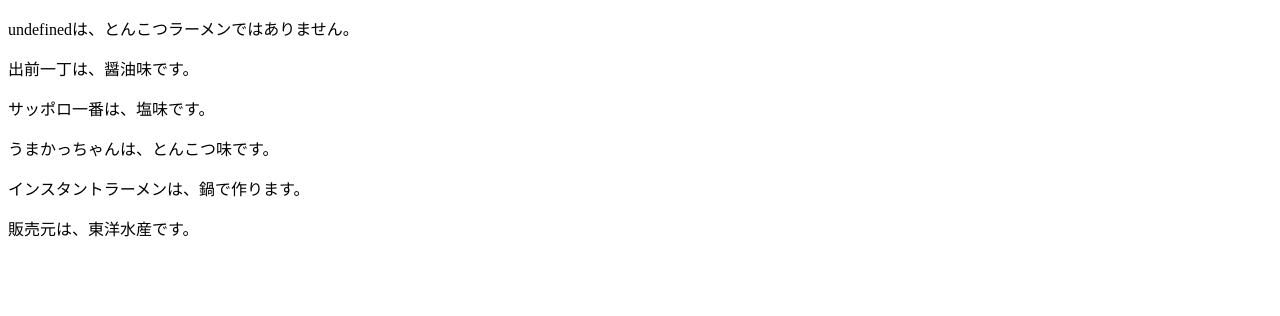
Repository: matsuryu0325/18_JS_practise
Page: 0422/ramen2.html
An editor plug-in stored every save of this project. The page is shown before and after a run of saves, followed by the edit.
The browser window is 1280 px wide. The pictures show the whole page.

Above is the page before, as saved 2024-04-22 11:00:27.

After the next 2 saves:
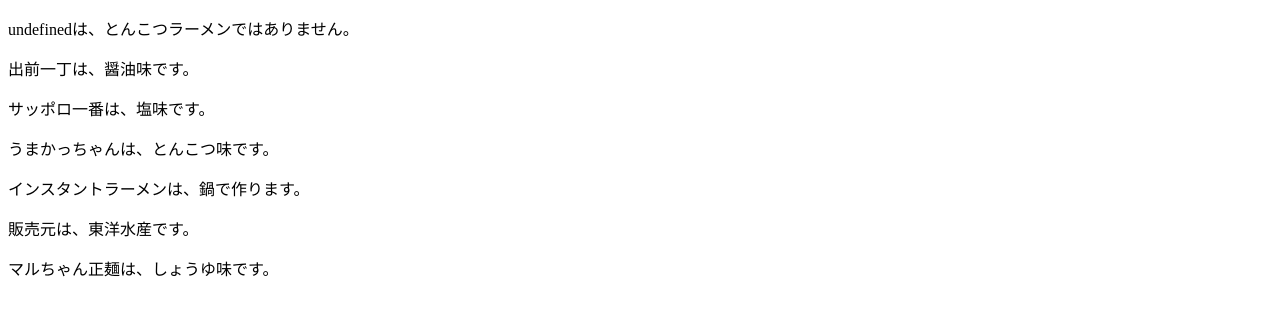
The 2 saves are shown as one change because they came seconds apart.
The last was saved 94 s later.
--- a/0422/ramen2.html
+++ b/0422/ramen2.html
@@ -117,6 +117,8 @@
         document.body.insertAdjacentHTML("beforeend", maker.makerDescript());
         console.log(maker.name);//コンソールにまるちゃん正麺
 
+        //スーパークラスのメソッドも利用できる
+        document.body.insertAdjacentHTML("beforeend", maker.descript());
     </script>
 
 </body>
